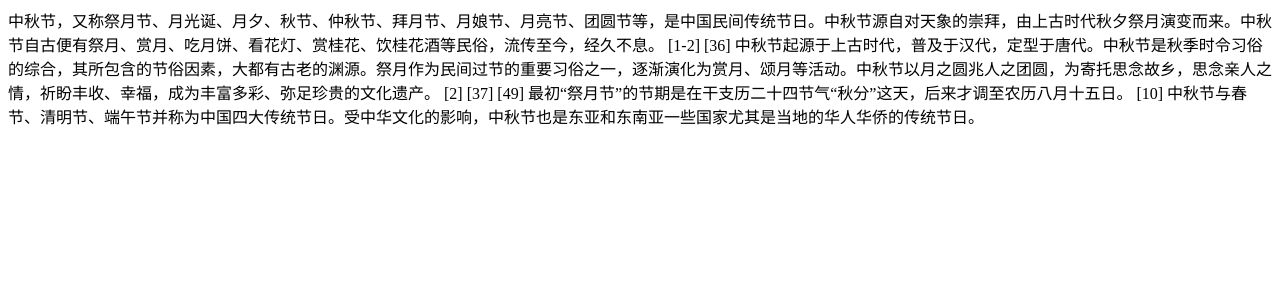
Repository: XueJie1/computer-operation-basics
Page: pages/midautumn/introduction.html
The author's editor kept a copy of each file at every save. The page is drawn from the files as they stood at one save, then again after the next save.
The browser window is 1280 px wide. The pictures show the whole page.

Above is the page before, as saved 2023-08-30 19:14:04.

After the next save:
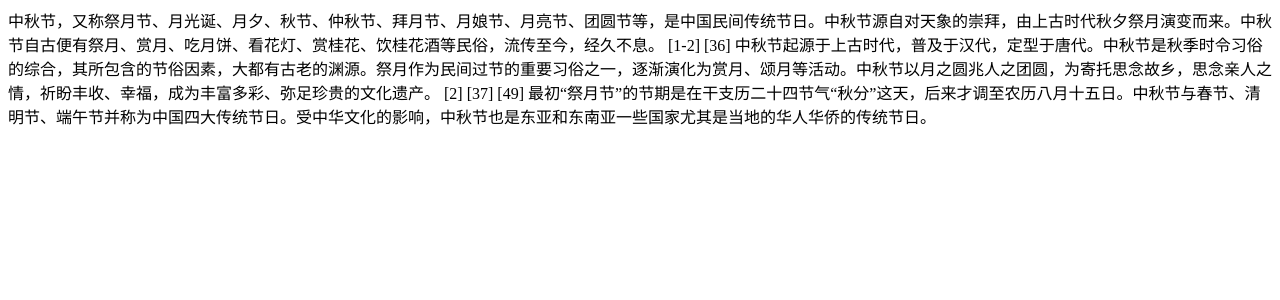
Saved 9 s later.
--- a/pages/midautumn/introduction.html
+++ b/pages/midautumn/introduction.html
@@ -1,4 +1,4 @@
 <p>中秋节，又称祭月节、月光诞、月夕、秋节、仲秋节、拜月节、月娘节、月亮节、团圆节等，是中国民间传统节日。中秋节源自对天象的崇拜，由上古时代秋夕祭月演变而来。中秋节自古便有祭月、赏月、吃月饼、看花灯、赏桂花、饮桂花酒等民俗，流传至今，经久不息。&nbsp;[1-2]&nbsp;[36]
     中秋节起源于上古时代，普及于汉代，定型于唐代。中秋节是秋季时令习俗的综合，其所包含的节俗因素，大都有古老的渊源。祭月作为民间过节的重要习俗之一，逐渐演化为赏月、颂月等活动。中秋节以月之圆兆人之团圆，为寄托思念故乡，思念亲人之情，祈盼丰收、幸福，成为丰富多彩、弥足珍贵的文化遗产。&nbsp;[2]&nbsp;[37]&nbsp;[49]
-    最初“祭月节”的节期是在干支历二十四节气“秋分”这天，后来才调至农历八月十五日。&nbsp;[10]&nbsp;中秋节与春节、清明节、端午节并称为中国四大传统节日。受中华文化的影响，中秋节也是东亚和东南亚一些国家尤其是当地的华人华侨的传统节日。
+    最初“祭月节”的节期是在干支历二十四节气“秋分”这天，后来才调至农历八月十五日。中秋节与春节、清明节、端午节并称为中国四大传统节日。受中华文化的影响，中秋节也是东亚和东南亚一些国家尤其是当地的华人华侨的传统节日。
 </p>
